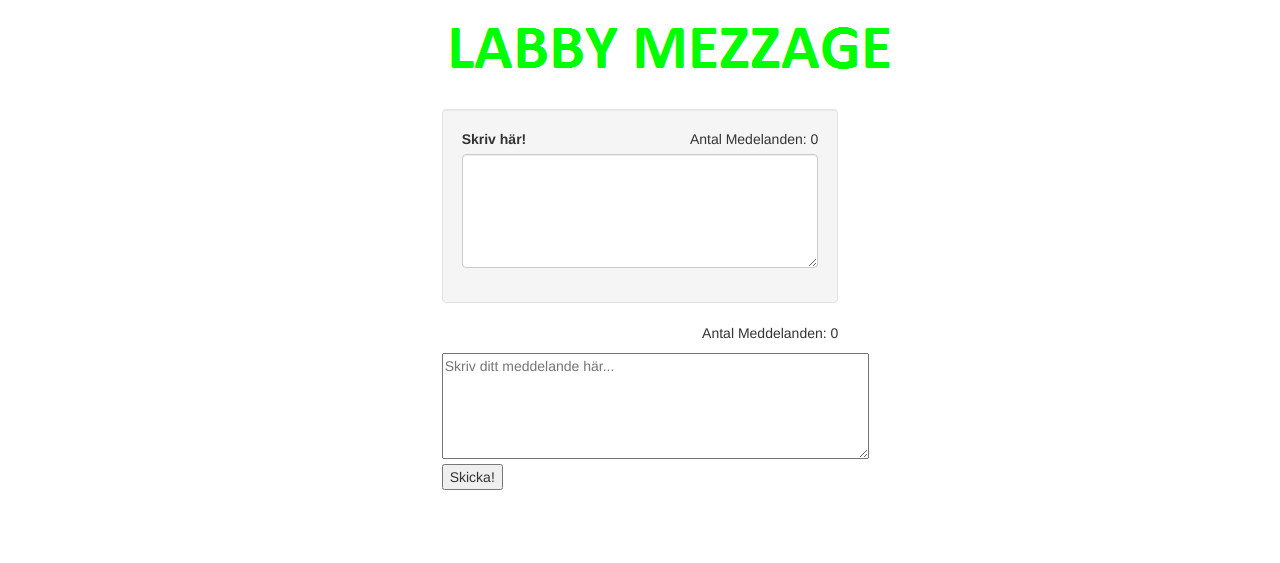
Repository: mc22dg/1dv403-laborationer
Page: 2-labbymezzage/index.html
The author's editor kept a record of every edit. The page is drawn from the files as they stood at one moment, then again after the next edit.
The browser window is 1280 px wide. The pictures show the whole page.

Above is the page before.

### 2-labbymezzage/index.html
<!DOCTYPE html>
<html lang="sv">
<head>
    <meta charset="UTF-8" />
        <title>Labby mezzage</title>
            <link rel="stylesheet" href="https://maxcdn.bootstrapcdn.com/bootstrap/3.3.1/css/bootstrap.min.css">
            <link rel="stylesheet" href="style.css"/>

</head>

<body>

    <div class="row"></div>

    <div class="col-md-offset-4 col-md-4">


    <div id="logo">
            <img src="logo.png" alt="">
    </div>

        <div class="well">
            <div id="message">

            </div>

                <div ="textruta">
                    <div id="numberOfMess">Antal Medelanden: 0</div>

                    <div class="form-group">
                    <label for="comment">Skriv här!</label>
                    <textarea class="form-control" rows="5" id="comment"></textarea>

                    </div>

                </div>
        </div>

            <div ="">

            </div>

            <div id="bottom">
                <p id="numberOfMess">Antal Meddelanden: 0</p>
                <textarea id="textarea" rows="5" cols="50" placeholder="Skriv ditt meddelande här..."></textarea>
                <input id="button" type="button" value="Skicka!" />
            </div>


     <script src="message.js"></script>
    <script src="messageEngine.js"></script>
    </div>
    </div>
</body>

</html>

### 2-labbymezzage/style.css
#logo{

}
#numberOfMess{
float: right;
}


.glyphicon{
font-size: 30px;
float: right;
}

### 2-labbymezzage/message.js
function Message(message, date) {

        this.getText = function() {
        return message;
        };

        this.setText = function(_text) {
        message = _text;
        };

        this.getDate = function() {
        return date;
        };

        this.setDate = function(_date) {
        date = _date;
        };

        Message.prototype.toString = function() {
        return this.getText() + " ("+this.getDate()+")";
        };

        Message.prototype.getHTMLText = function() {
        return this.getText().replace(/[\n\r]/g, "<br/>");
        };

        Message.prototype.getDateText = function(alertDate) {
        var dateFormat = this.getDate();
        };
}

### 2-labbymezzage/messageEngine.js
"use strict"

var MessageBoard = {

        messages: [], //En array för alla meddelanden.


}

After the next edit:
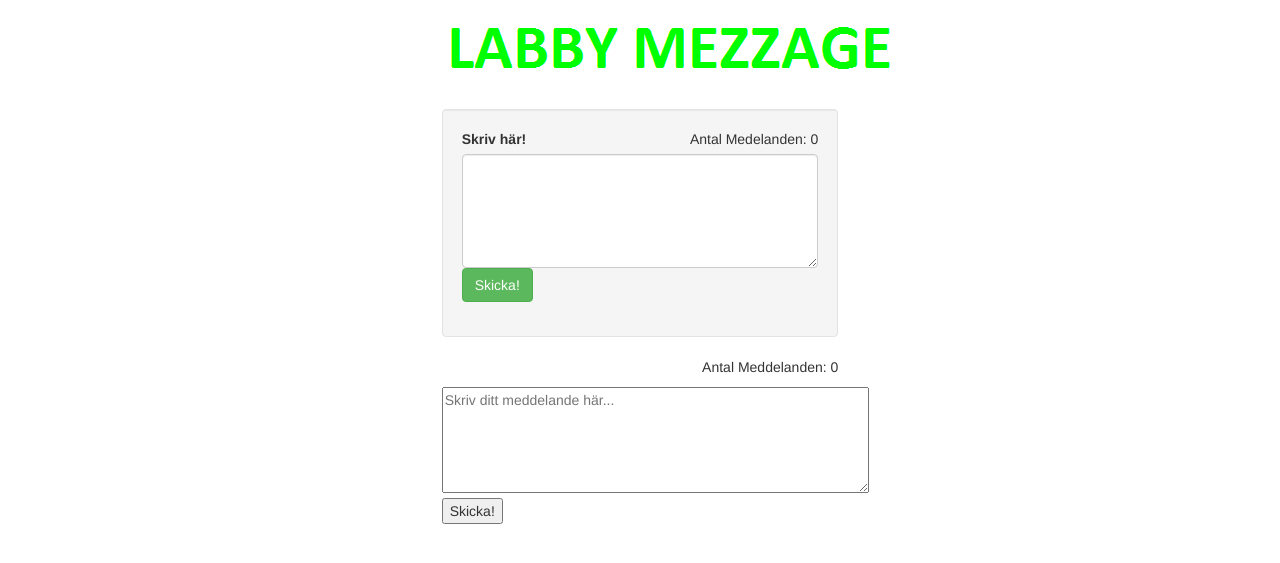
The edit:
--- a/2-labbymezzage/index.html
+++ b/2-labbymezzage/index.html
@@ -30,7 +30,7 @@
                     <div class="form-group">
                     <label for="comment">Skriv här!</label>
                     <textarea class="form-control" rows="5" id="comment"></textarea>
-
+                    <button type="button" class="btn btn-success">Skicka!</button>
                     </div>
 
                 </div>
